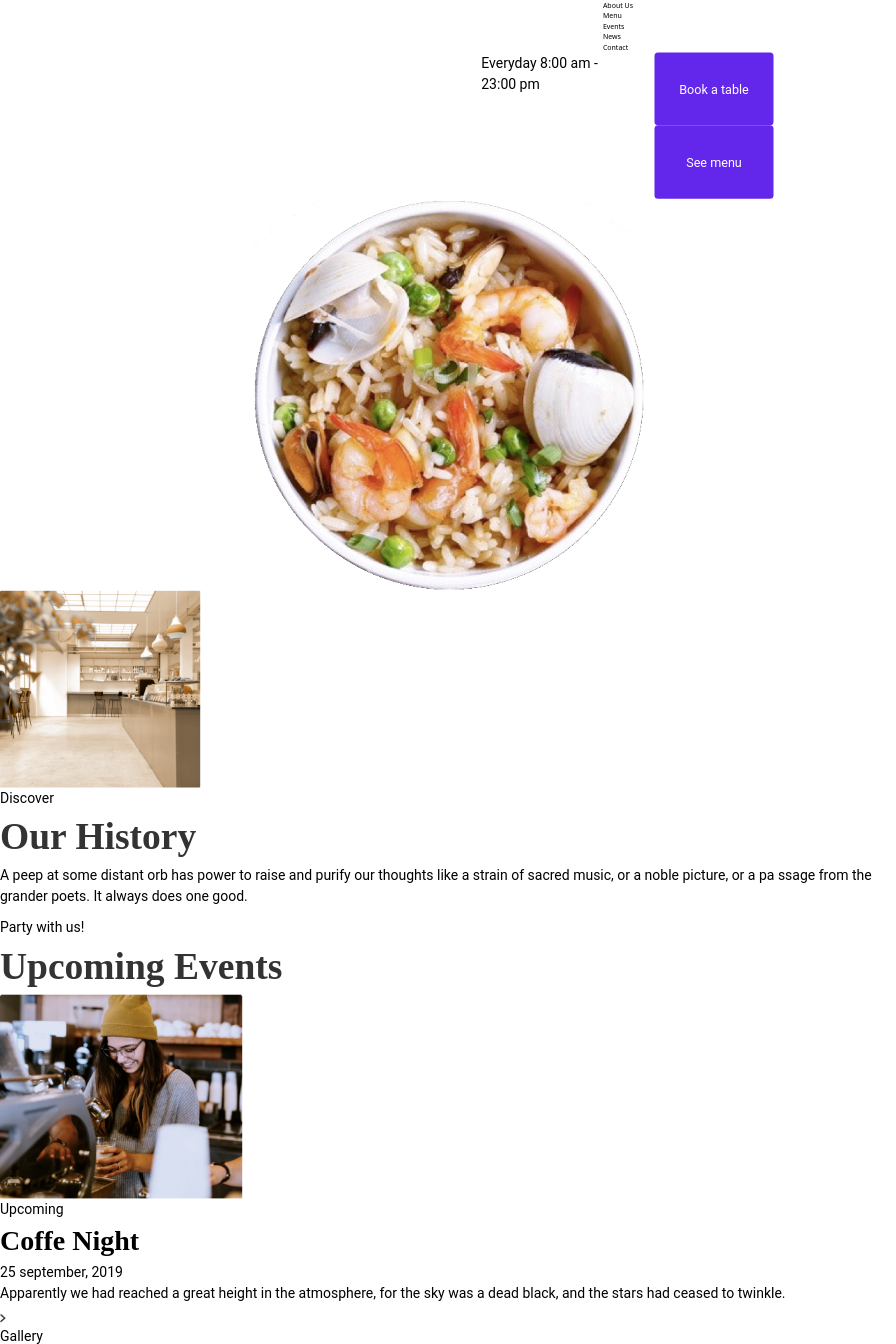
Repository: murilopellis-12/Tailwind-Prova
Page: index.html
These files come from the project's save history. The page is drawn as it stood at one moment and after the next save; the edit follows.
The browser window is 1280 px wide. The pictures show the part of the page from y = 0 to 1920 px (the page is 4670 px tall before and 5390 px after), at 70% of full size.

Above is the page before, as saved 2026-10-26 19:36:57.
Not found: style.css

After the next save:
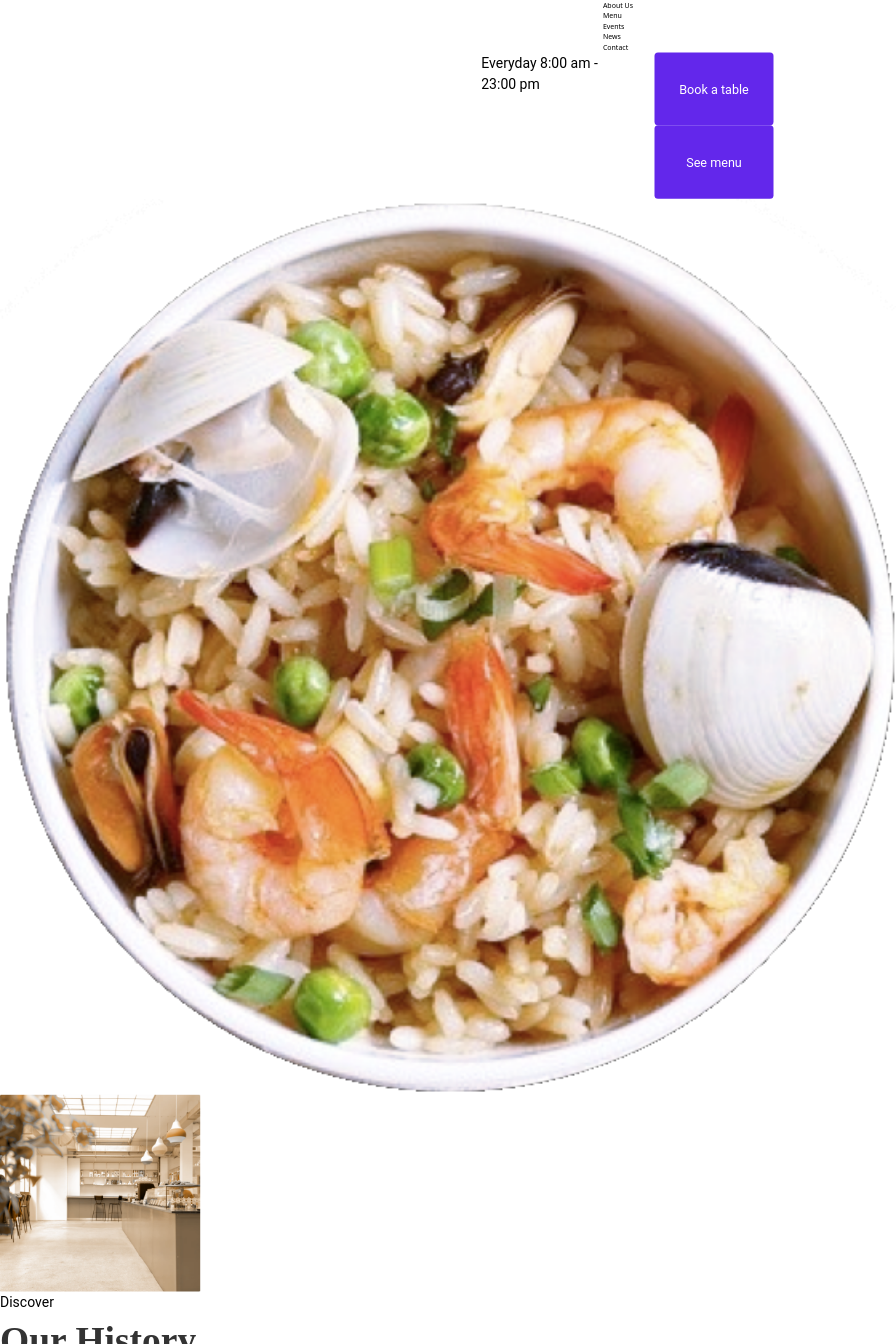
Saved 4 s later.
--- a/index.html
+++ b/index.html
@@ -142,7 +142,7 @@
         </div>
         <div class="div-imagem-hero w-auto h-auto flex justify-center">
           <img
-            class=""
+            class="w-[100%]"
             id="imagem-sopa-hero"
             src="img/sopa.png"
             alt="imagem de uma sopa"
